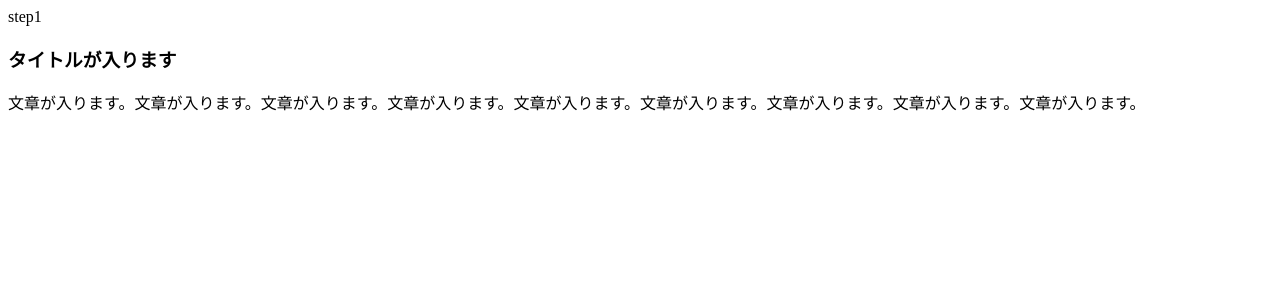
Repository: miho-baba/chapter10.1
Page: chapter9/chapter9.html
The author's editor kept a record of every edit. The page is drawn from the files as they stood at one moment, then again after the next edit.
The browser window is 1280 px wide. The pictures show the whole page.

Above is the page before.
Not found: chapter9/chapter.css

### chapter9/chapter9.html

<!DOCTYPE html>
<html lang="ja">
  <head>
    <meta charset="UTF-8" />
    <title>9章演習</title>
    <link rel="stylesheet" href="chapter.css" />
  </head>
  <body>
    <header></header>
    <main>
      <div class="step-box">
        <div class="step-img1"></div>
        <span class="step-num">step1</span>
        <h3 class="title">タイトルが入ります</h3>
        <p class="text">
          文章が入ります。文章が入ります。文章が入ります。文章が入ります。文章が入ります。文章が入ります。文章が入ります。文章が入ります。文章が入ります。
        </p>
      </div>

After the next edit:
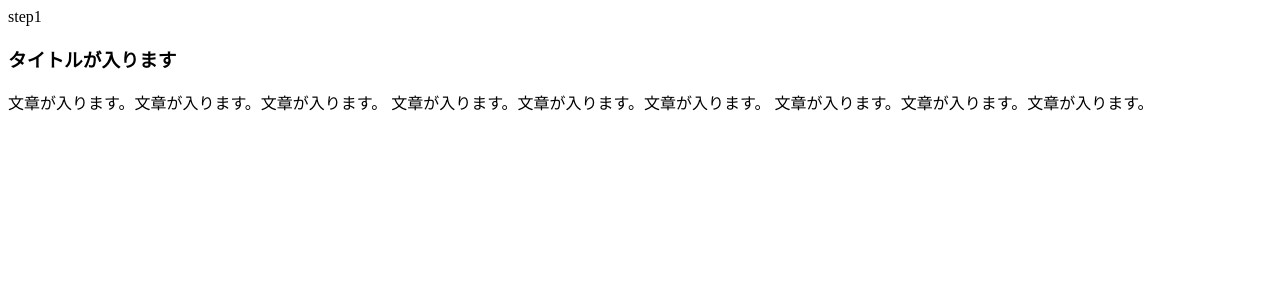
The edit:
--- a/chapter9/chapter9.html
+++ b/chapter9/chapter9.html
@@ -14,6 +14,8 @@
         <span class="step-num">step1</span>
         <h3 class="title">タイトルが入ります</h3>
         <p class="text">
-          文章が入ります。文章が入ります。文章が入ります。文章が入ります。文章が入ります。文章が入ります。文章が入ります。文章が入ります。文章が入ります。
+          文章が入ります。文章が入ります。文章が入ります。
+          文章が入ります。文章が入ります。文章が入ります。
+          文章が入ります。文章が入ります。文章が入ります。
         </p>
       </div>
